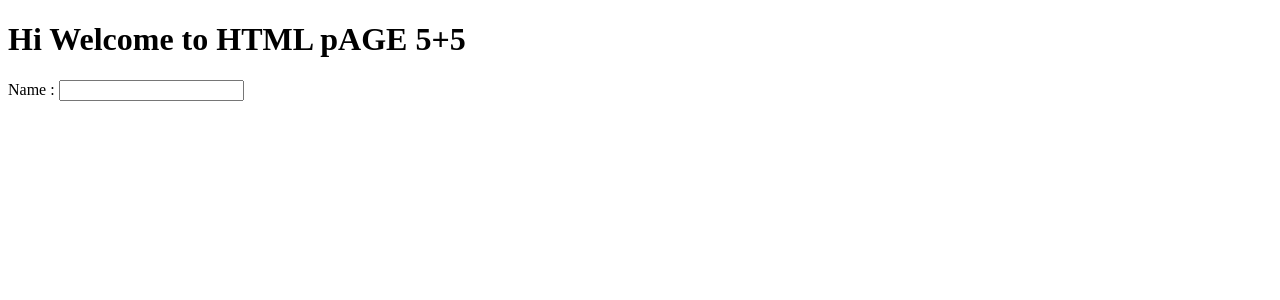
Repository: Thaneshwara848/JSP_Demo
Page: WebDemo2/src/main/webapp/index.html
These files come from the project's save history. The page is drawn as it stood at one moment and after the next save; the edit follows.
The browser window is 1280 px wide. The pictures show the whole page.

Above is the page before, as saved 2022-08-10 15:15:38.

After the next save:
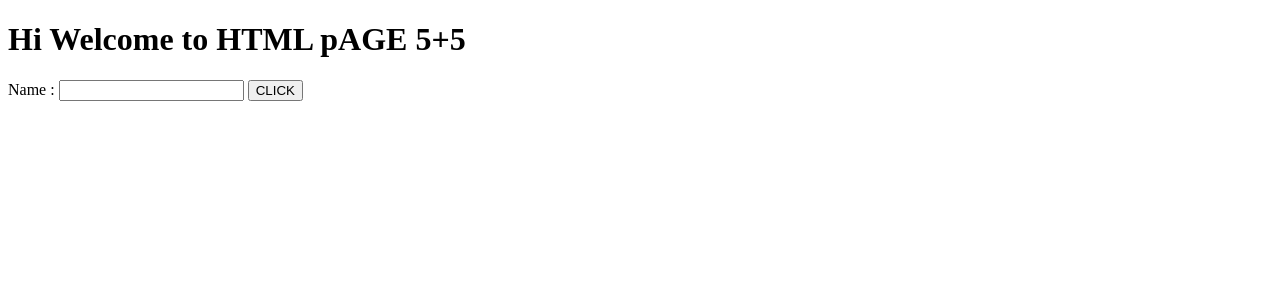
Saved 16 s later.
--- a/WebDemo2/src/main/webapp/index.html
+++ b/WebDemo2/src/main/webapp/index.html
@@ -8,6 +8,7 @@
 	<h1> Hi Welcome to HTML pAGE 5+5  </h1>
 	<form action="">
 		Name : <input type="text" name="uname">
+		<input type="submit" value="CLICK">
 
 	</form>
 </body>
